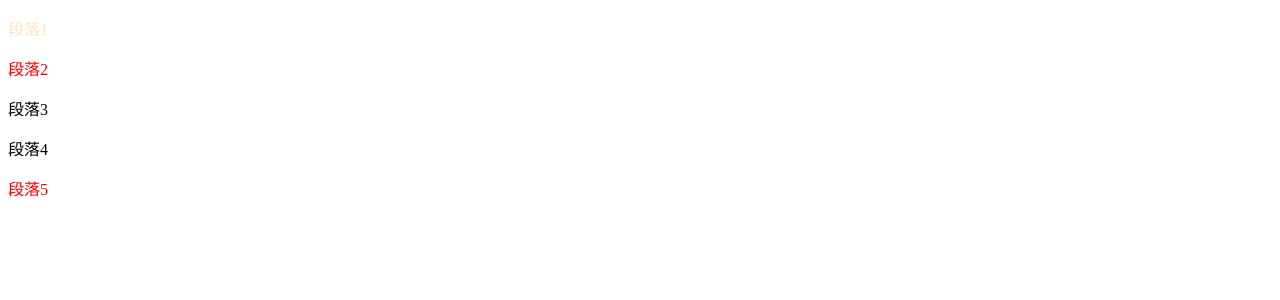
Repository: LstHeart/html-learning
Page: css3/CSS3选择器.html
These files come from the project's save history. The page is drawn as it stood at one moment and after the next save; the edit follows.
The browser window is 1280 px wide. The pictures show the whole page.

Above is the page before, as saved 2021-01-07 19:21:26.

After the next save:
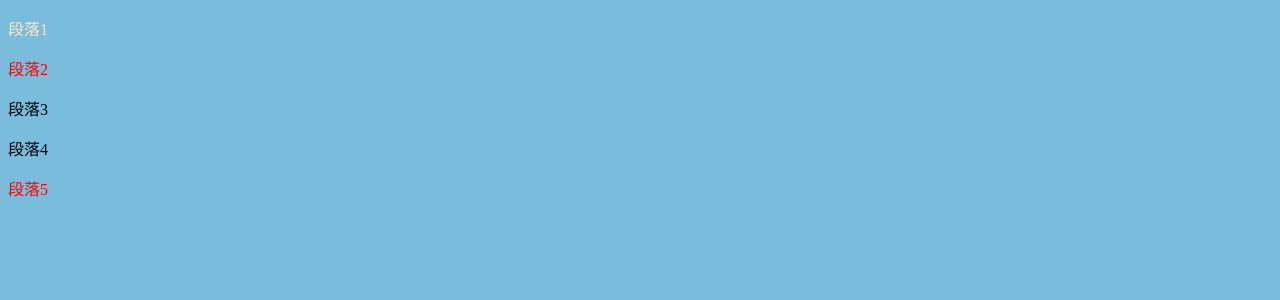
Saved 18 s later.
--- a/css3/CSS3选择器.css
+++ b/css3/CSS3选择器.css
@@ -20,7 +20,7 @@ p[class*=p]{
 /* 结构性选择器 */
 /* 1) :root 匹配html标签,与body选择器效果一样*/
 :root{
-    background-color: ;
+    background-color: #7abcdc;
 }
 /* 2) 子元素选择
     :nth-child(n):第n个子元素
